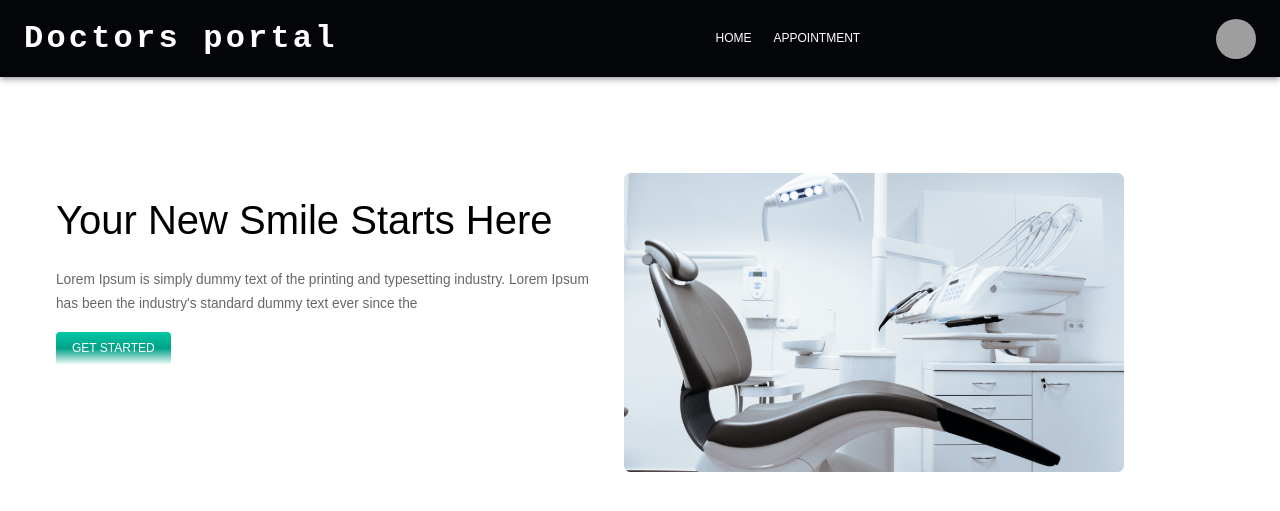
Repository: mdrubel02/health-care
Page: /home
An editor plug-in stored every save of this project. The page is shown before and after the next save, followed by the edit.
The browser window is 1280 px wide. The pictures show the whole page.
Pictures or frames that could not be fetched are drawn as grey boxes. The project was rebuilt for these pictures with package versions that can differ from the ones it lists, and the page was loaded fresh each time. Also part of the build but not shown: src/Pages/Appointment/Appointment.js.

Above is the page before, as saved 2022-11-15 10:51:44.

### src/index.js
import React from 'react';
import ReactDOM from 'react-dom';
import './index.css';
import App from './App';
import reportWebVitals from './reportWebVitals';
import { ColorContextProvider } from './Theme/Theme';

ReactDOM.render(
  <React.StrictMode>
    <ColorContextProvider>
      <App />
    </ColorContextProvider>
  </React.StrictMode>,
  document.getElementById('root')
);

// If you want to start measuring performance in your app, pass a function
// to log results (for example: reportWebVitals(console.log))
// or send to an analytics endpoint. Learn more: https://bit.ly/CRA-vitals
reportWebVitals();

### src/App.js
import { RouterProvider } from 'react-router-dom';
import router from './Layout/router';

function App() {
  return (
    <div>
     <RouterProvider router={router}></RouterProvider>
    </div>
  );
}

export default App;

### src/Theme/Theme.js
import { createTheme, ThemeProvider } from "@mui/material";
import { createContext, useMemo, useState } from "react";

// color design tokens export
export const DrawerWidth = 250;
export const tokens = (mode) => ({
    ...(mode === "dark"
        ? {
            grey: {
                100: "#e0e0e0",
                200: "#c2c2c2",
                300: "#a3a3a3",
                400: "#858585",
                500: "#666666",
                600: "#525252",
                700: "#3d3d3d",
                800: "#292929",
                900: "#141414",
            },
            primary: {
                100: "#d0d1d5",
                200: "#a1a4ab",
                300: "#727681",
                400: "#1F2A40",
                500: "#141b2d",
                600: "#101624",
                700: "#0c101b",
                800: "#080b12",
                900: "#040509",
            },
            greenAccent: {
                100: "#dbf5ee",
                200: "#b7ebde",
                300: "#94e2cd",
                400: "#70d8bd",
                500: "#4cceac",
                600: "#3da58a",
                700: "#2e7c67",
                800: "#1e5245",
                900: "#0f2922",
            },
            redAccent: {
                100: "#f8dcdb",
                200: "#f1b9b7",
                300: "#e99592",
                400: "#e2726e",
                500: "#db4f4a",
                600: "#af3f3b",
                700: "#832f2c",
                800: "#58201e",
                900: "#2c100f",
            },
            blueAccent: {
                100: "#e1e2fe",
                200: "#c3c6fd",
                300: "#a4a9fc",
                400: "#868dfb",
                500: "#6870fa",
                600: "#535ac8",
                700: "#3e4396",
                800: "#2a2d64",
                900: "#151632",
            },
        }
        : {
            grey: {
                100: "#141414",
                200: "#292929",
                300: "#3d3d3d",
                400: "#525252",
                500: "#666666",
                600: "#858585",
                700: "#a3a3a3",
                800: "#c2c2c2",
                900: "#e0e0e0",
            },
            primary: {
                100: "#040509",
                200: "#080b12",
                300: "#0c101b",
                400: "#f2f0f0", // manually changed
                500: "#141b2d",
                600: "#1F2A40",
                700: "#727681",
                800: "#a1a4ab",
                900: "#d0d1d5",
            },
            greenAccent: {
                100: "#0f2922",
                200: "#1e5245",
                300: "#2e7c67",
                400: "#3da58a",
                500: "#4cceac",
                600: "#70d8bd",
                700: "#94e2cd",
                800: "#b7ebde",
                900: "#dbf5ee",
            },
            redAccent: {
                100: "#2c100f",
                200: "#58201e",
                300: "#832f2c",
                400: "#af3f3b",
                500: "#db4f4a",
                600: "#e2726e",
                700: "#e99592",
                800: "#f1b9b7",
                900: "#f8dcdb",
            },
            blueAccent: {
                100: "#151632",
                200: "#2a2d64",
                300: "#3e4396",
                400: "#535ac8",
                500: "#6870fa",
                600: "#868dfb",
                700: "#a4a9fc",
                800: "#c3c6fd",
                900: "#e1e2fe",
            },
        }),
});

// mui theme settings
export const themeSettings = (mode) => {
    const colors = tokens(mode);
    return {
        palette: {
            mode: mode,
            ...(mode === "dark"
                ? {
                    // palette values for dark mode
                    primary: {
                        main: colors.primary[500],
                    },
                    secondary: {
                        main: colors.greenAccent[500],
                    },
                    neutral: {
                        dark: colors.grey[700],
                        main: colors.grey[500],
                        light: colors.grey[100],
                    },
                    background: {
                        default: colors.primary[500],
                    },
                }
                : {
                    // palette values for light mode
                    primary: {
                        main: colors.primary[100],
                    },
                    secondary: {
                        main: colors.greenAccent[500],
                    },
                    neutral: {
                        dark: colors.grey[700],
                        main: colors.grey[500],
                        light: colors.grey[100],
                    },
                    background: {
                        default: "#fcfcfc",
                    },
                }),
        },
        components: {

            MuiButton: {
                defaultProps: {
                    disableRipple: true,
                    disableElevation: true,
                    styleOverrides: {
                        textDecoration: 'none',
                        "&:hover": {
                            color: "#fff"
                        }
                    },
                },
                MuiTooltip: {
                    defaultProps: {
                      arrow: true,
                    },
                    styleOverrides: {
                      tooltip: {
                        background: '',
                      },
                      arrow: {
                        color: '',
                      },
                    },
                  },
            },
            MuiDrawer: {
                styleOverrides: {
                  paper: {
                    width: DrawerWidth,
                    background: '',
                    color: '',
                    borderRadius: '0px 100px 0px 0px',
                    borderRight: `1px solid `
                  }
                }
              },
              MuiDivider: {
                styleOverrides: {
                  root: {
                    borderColor: 'gray'
                  }
                }
              },
        },
        typography: {
            fontFamily: ["Source Sans Pro", "sans-serif"].join(","),
            fontSize: 12,
            h1: {
                fontFamily: ["Source Sans Pro", "sans-serif"].join(","),
                fontSize: 40,
            },
            h2: {
                fontFamily: ["Source Sans Pro", "sans-serif"].join(","),
                fontSize: 32,
            },
            h3: {
                fontSize: '1.3rem',
                letterSpacing: '0rem',
                '@media (min-width:600px)': {
                  fontSize: '2rem',
                },
            },
            h4: {
                fontFamily: ["Source Sans Pro", "sans-serif"].join(","),
                fontSize: 20,
            },
            h5: {
                fontFamily: ["Source Sans Pro", "sans-serif"].join(","),
                fontSize: 16,
            },
            h6: {
                fontFamily: ["Source Sans Pro", "sans-serif"].join(","),
                fontSize: 14,
            },
        },
    };
};

export const ColorModeContext = createContext({
    toggleMode: () => { },
    mode: "light"
})


export const ColorContextProvider = ({ children }) => {
    const [mode, setMode] = useState("light")

    const colorMode = useMemo(() => ({
        toggleMode: () => setMode(prevMode => prevMode === "light" ? "dark" : "light"),
        mode
    }), [mode])
    const theme = useMemo(() => createTheme(themeSettings(mode)), [mode]);

    return (
        <ColorModeContext.Provider value={colorMode}>
            <ThemeProvider theme={theme}>
                {children}
            </ThemeProvider>
        </ColorModeContext.Provider>
    )
}

### src/Layout/router.js
import { createBrowserRouter } from "react-router-dom";
import Appointment from "../Pages/Appointment/Appointment";
import Home from "../Pages/Home/Home";
import Main from "./Main";


const router = createBrowserRouter([{
    path: '/',
    element: <Main/>,
    children: [
        {path: '/',element: <Home/>},
        {path: '/home',element: <Home/>},
        {path: '/appointment',element: <Appointment/>},
    ]
}])
export default router;

### src/Pages/Home/Home.js
import { Container } from '@mui/material';
import React from 'react';
import Banner from './Banner/Banner';

const Home = () => {
    return (
        <Container>
           <Banner />
        </Container>
    );
};

export default Home;

### src/Layout/Main.js
import React from 'react';
import { Outlet } from 'react-router-dom';
import Header from '../Pages/Header/Header';

const Main = () => {
    return (
        <div>
           <Header/>
           <Outlet/>

        </div>
    );
};

export default Main;

### src/Pages/Home/Banner/Banner.js
import React from 'react';
import { Box, Button, CardContent, CardMedia, Grid, Typography } from '@mui/material';
import chair from '../../../assets/images/chair.png'

const Banner = () => {
    return (
        <Box sx={{  marginTop: '8rem', marginBottom: '3rem' }}>
            <Grid sx={{ flexGrow: 2}} container spacing={4}  >
                <Grid xs={12} md={12} lg={6}>
                    <Box sx={{ padding: '.5rem' }}>
                        <CardContent sx={{ flex: '1 0 auto' }}>
                            <Typography component="div" variant="h1" marginBottom='1.5rem'>
                                Your New Smile Starts Here
                            </Typography>
                            <Typography variant="subtitle1" color="text.secondary" component="p" sx={{marginBottom: '1rem'}}>
                                Lorem Ipsum is simply dummy text of the printing and typesetting industry. Lorem Ipsum has been the industry's standard dummy text ever since the
                            </Typography>
                            <Button
                            sx={{
                                background:
                                  'linear-gradient(to bottom, #04C8A4 , ' +
                                  '#00A187, rgba(0,0,0,0) 100%)',
                                  color:'white',
                              }}

                            variant='content'>GET STARTED</Button>
                        </CardContent>

                    </Box>
                </Grid>
                <Grid xs={6} md={12} lg={6}>
                    <CardMedia
                        component="img"
                        sx={{ width: 500 }}
                        image={chair}
                        alt="Live from space album cover"
                    />
                </Grid>
            </Grid>
        </Box>
    );
};

export default Banner;

### src/Pages/Header/Header.js
import { AppBar, Avatar, Box, Button, Container, IconButton, Menu, MenuItem, Toolbar, Tooltip, Typography, useTheme } from '@mui/material';
import AdbIcon from '@mui/icons-material/Adb';
import MenuIcon from '@mui/icons-material/Menu';
import { Link as RouterLink } from 'react-router-dom';
import React, { useState } from 'react';
import { tokens } from '../../Theme/Theme';
// import { Link } from 'react-router-dom';
import './Header.css'


const settings = ['Profile', 'Account', 'Dashboard', 'Logout'];

const Header = () => {
    const theme = useTheme();
    const colors = tokens(theme.palette.mode);
    const [anchorElNav, setAnchorElNav] = useState(null);
    const [anchorElUser, setAnchorElUser] = useState(null);

    const items = <React.Fragment>
        <Button sx={{ color: 'white' }} component={RouterLink} to="/home">Home</Button>
        <Button sx={{ color: 'white' }} component={RouterLink} to="/appointment">Appointment</Button>
    </React.Fragment>

    const handleOpenNavMenu = (event) => {
        setAnchorElNav(event.currentTarget);
    };
    const handleOpenUserMenu = (event) => {
        setAnchorElUser(event.currentTarget);
    };

    const handleCloseNavMenu = () => {
        setAnchorElNav(null);
    };

    const handleCloseUserMenu = () => {
        setAnchorElUser(null);
    };
    return (
        <AppBar position="static">
            <Container maxWidth="xl">
                <Toolbar disableGutters>

                    <Typography
                        variant="h3"
                        noWrap
                        component="a"
                        href="/"
                        sx={{
                            mr: 2,
                            display: { xs: 'none', md: 'flex' },
                            fontFamily: 'monospace',
                            fontWeight: 700,
                            letterSpacing: '.2rem',
                            color: 'inherit',
                            textDecoration: 'none',
                        }}
                    >
                        Doctors portal
                    </Typography>

                    <Box className='middle' sx={{ flexGrow: 1, display: { xs: 'flex' ,  md: 'none' },justifyContent: 'center' }}>
                        <IconButton
                            size="large"
                            aria-label="account of current user"
                            aria-controls="menu-appbar"
                            aria-haspopup="true"
                            onClick={handleOpenNavMenu}
                            color="inherit"
                        >
                            <MenuIcon />
                        </IconButton>
                        <Menu
                            id="menu-appbar"
                            anchorEl={anchorElNav}
                            anchorOrigin={{
                                vertical: 'bottom',
                                horizontal: 'left',
                            }}
                            keepMounted
                            transformOrigin={{
                                vertical: 'top',
                                horizontal: 'left',
                            }}
                            open={Boolean(anchorElNav)}
                            onClose={handleCloseNavMenu}
                            sx={{
                                display: { xs: 'block', md: 'none' },
                            }}
                        >

                            <MenuItem onClick={handleCloseNavMenu}>
                                <Typography variant="h5" sx={{ color: 'withe' }} textAlign="center">{items}</Typography>
                            </MenuItem>

                        </Menu>
                    </Box>

                    <Typography
                        variant="h3"
                        noWrap
                        component="a"
                        href=""
                        sx={{
                            mr: 2,
                            display: { xs: 'flex', md: 'none' },
                            flexGrow: 1,
                            fontFamily: 'monospace',
                            fontWeight: 700,
                            letterSpacing: '.3rem',
                            color: 'inherit',
                            textDecoration: 'none',
                        }}
                    >
                        Doctors portal
                    </Typography>
                    <Box sx={{ flexGrow: 1, display: { xs: 'none', md: 'flex' } }}>

                        <Button

                            onClick={handleCloseNavMenu}
                            sx={{ color: `${colors.grey[400]} !important`, my: 2, display: 'block' }}
                        >
                            {items}
                        </Button>

                    </Box>

                    <Box sx={{ flexGrow: 0 }}>
                        <Tooltip title="Open settings">
                            <IconButton onClick={handleOpenUserMenu} sx={{ p: 0 }}>
                                <Avatar alt="Remy Sharp" src="/static/images/avatar/2.jpg" />
                            </IconButton>
                        </Tooltip>
                        <Menu
                            sx={{ mt: '45px' }}
                            id="menu-appbar"
                            anchorEl={anchorElUser}
                            anchorOrigin={{
                                vertical: 'top',
                                horizontal: 'right',
                            }}
                            keepMounted
                            transformOrigin={{
                                vertical: 'top',
                                horizontal: 'right',
                            }}
                            open={Boolean(anchorElUser)}
                            onClose={handleCloseUserMenu}
                        >
                            {settings.map((setting) => (
                                <MenuItem key={setting} onClick={handleCloseUserMenu}>
                                    <Typography textAlign="center">{setting}</Typography>
                                </MenuItem>
                            ))}
                        </Menu>
                    </Box>
                </Toolbar>
            </Container>
        </AppBar>
    );
};

export default Header;

### src/Pages/Header/Header.css
.lip{
    color: white;
}
.css-1t6c9ts{
    justify-content: center;
}

Loaded but not shown: public/index.html (common file); src/index.css (common file); src/reportWebVitals.js (common file)

After the next save:
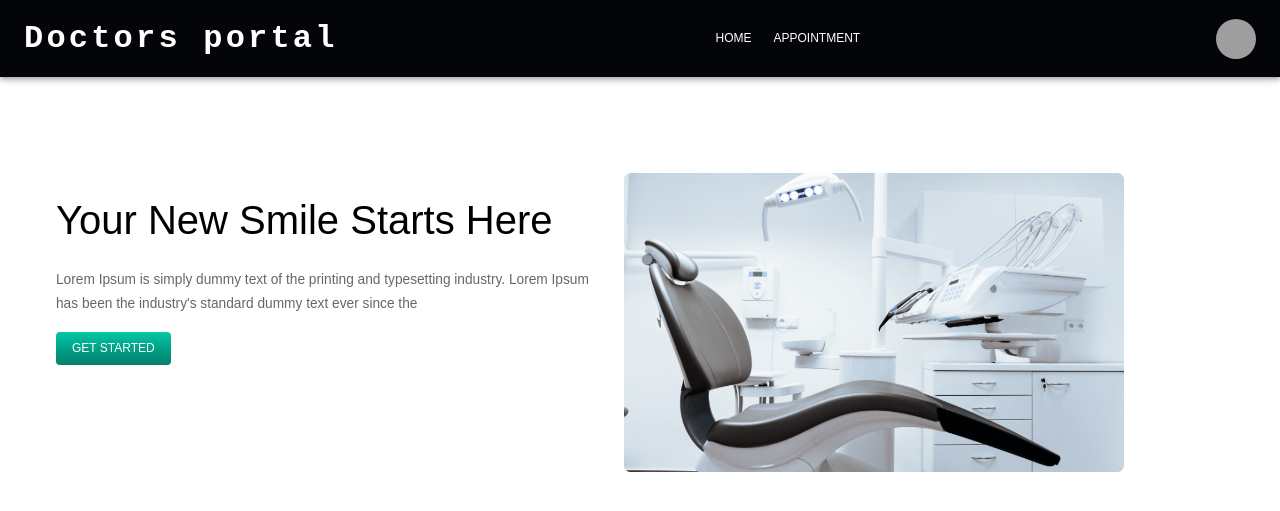
Saved 30 s later.
--- a/src/Pages/Home/Banner/Banner.js
+++ b/src/Pages/Home/Banner/Banner.js
@@ -19,7 +19,7 @@ const Banner = () => {
                             sx={{
                                 background:
                                   'linear-gradient(to bottom, #04C8A4 , ' +
-                                  '#00A187, rgba(0,0,0,0) 100%)',
+                                  '#00A187, #05806D 100%)',
                                   color:'white',
                               }}
 
